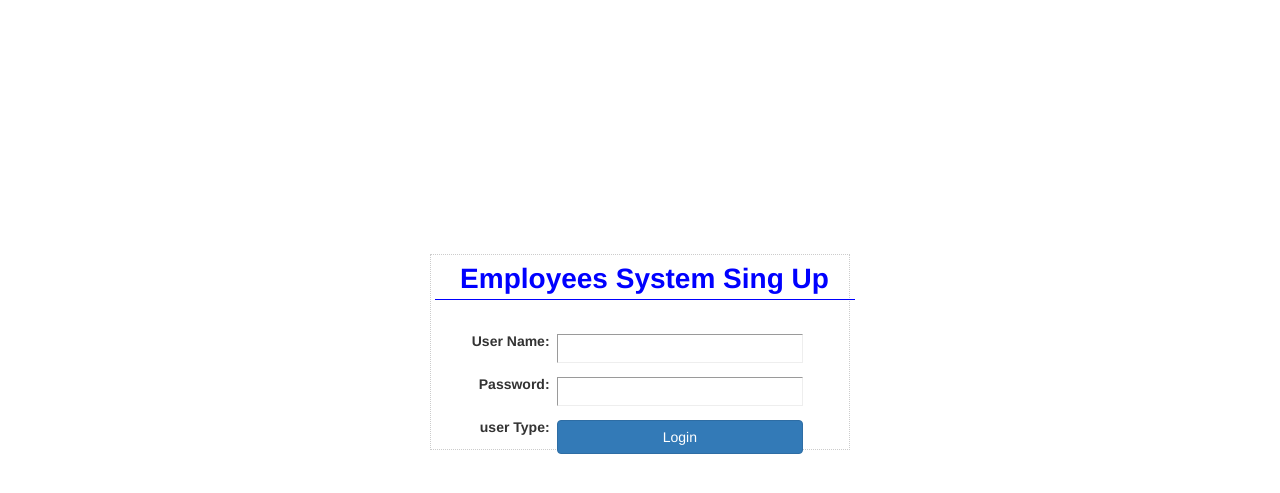
Repository: Hossam-Ali-zz/Employee-System
Page: http://localhost/Employee/createUser.jsp
These files come from the project's save history. The page is drawn as it stood at one moment and after the next save; the edit follows.
The browser window is 1280 px wide. The pictures show the whole page.
Some web libraries are served in a nearby version. The page is served by Tomcat 9. Nobody is signed in. The application's start-up code is not run.

Above is the page before, as saved 2017-04-04 09:57:26.

After the next save:
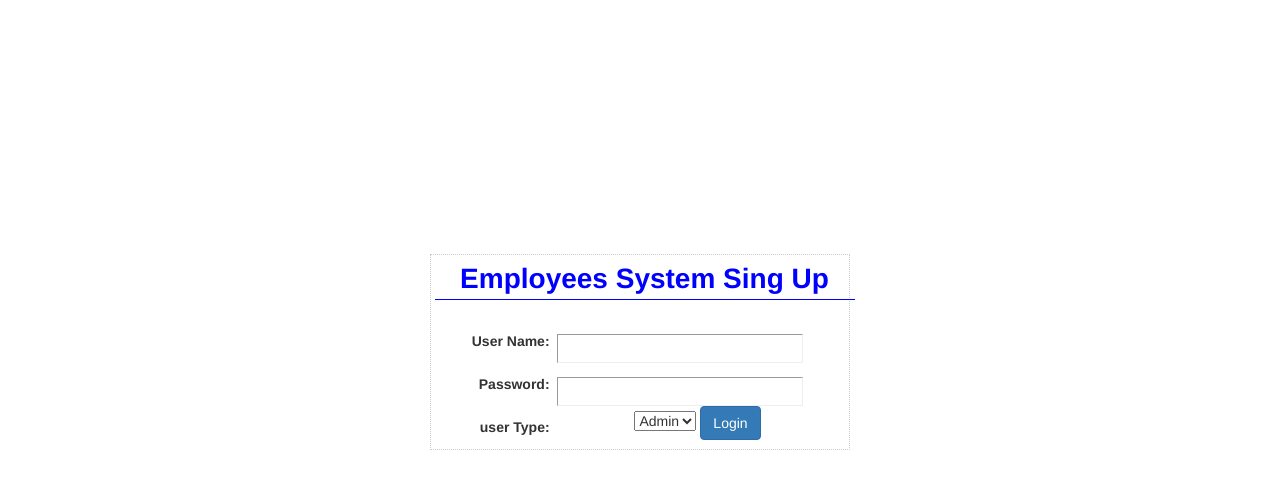
Saved 66 s later.
--- a/Employee/WebContent/createUser.jsp
+++ b/Employee/WebContent/createUser.jsp
@@ -80,12 +80,13 @@ label+input {
 	<form action="createUser" method="POST">
 		<fieldset>
 			<legend>Employees System Sing Up</legend>
-			<label>User Name: </label>
-			<input type="text" name="userName" id="userName">
-			<label>Password: </label>
-			<input type="password" name="password" id="password">
-			<label>user Type: </label>
-			<input class="btn btn-primary btn-md" type="submit" value="Login">
+			<label>User Name: </label> <input type="text" name="userName"
+				id="userName"> <label>Password: </label> <input
+				type="password" name="password" id="password"> <label>user
+				Type: </label> <select name="userType">
+				<option value="1">Admin</option>
+				<option value="0">User</option>
+			</select> <input class="btn btn-primary btn-md" type="submit" value="Login">
 		</fieldset>
 	</form>
 </body>
